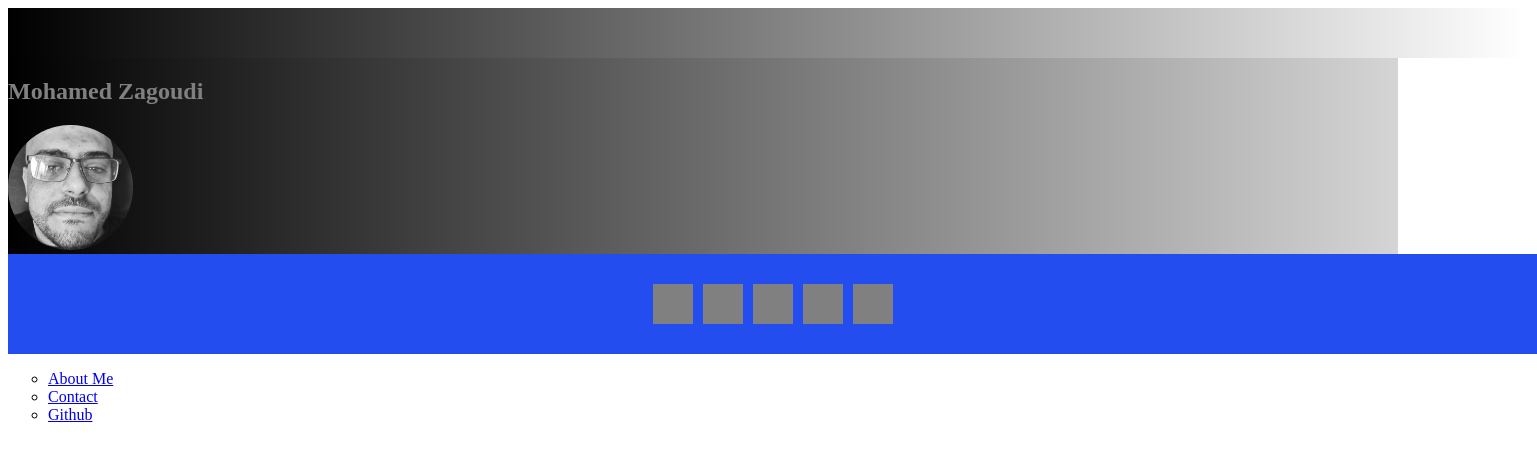
Repository: Mohzagou/Eersteportofolio
Page: index.html
These files come from the project's save history. The page is drawn as it stood at one moment and after the next save; the edit follows.
The browser window is 1280 px wide. The page is 1537 px wide, so the pictures cover 1537 px, including what lies to the right of the window. The pictures show the whole page.

Above is the page before, as saved 2022-06-07 22:58:30.

After the next save:
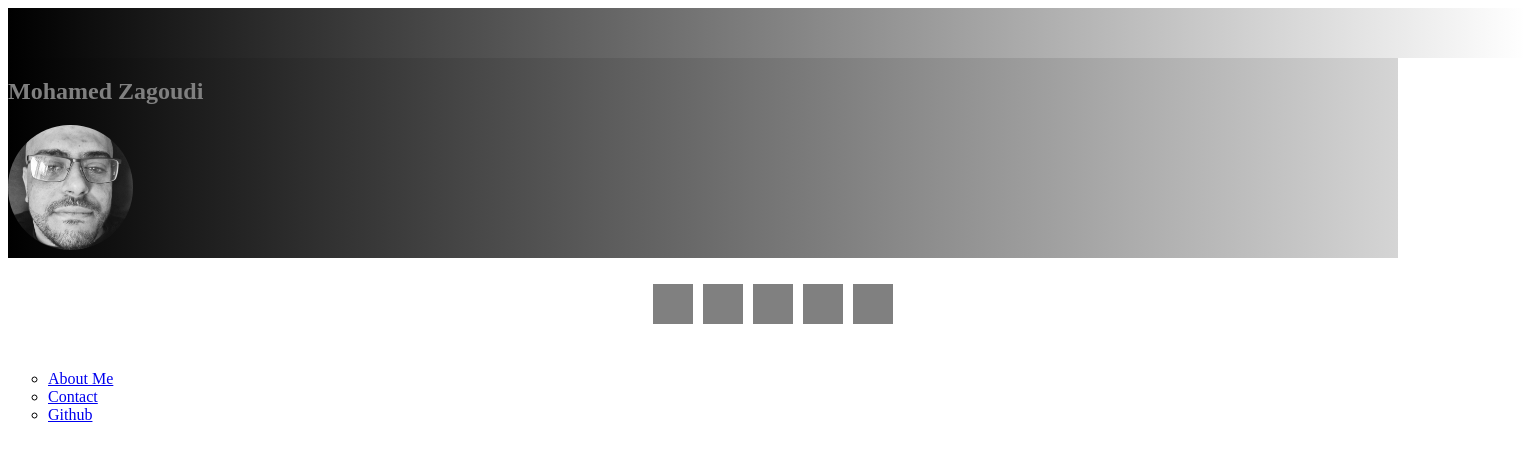
Saved 33 s later.
--- a/styles.css
+++ b/styles.css
@@ -15,7 +15,6 @@
     height: 100px;
     linear-gradient(-225deg, #231557 0%, #44107A 29%, #FF1361 67%, #FFF800 100%),
     repeating-linear-gradient(-115deg, transparent, transparent 20px, rgba(255, 255, 255, 0.1) 20px, rgba(255, 255, 255, 0.1) 40px),
-    repeating-linear-gradient(115deg, transparent, transparent 20px, rgba(255, 255, 255, 0.1) 20px, rgba(255, 255, 255, 0.1) 40px)`;
     background-color: #234def;
     display: flex;
     align-items: center;

After the 2 saves that followed:
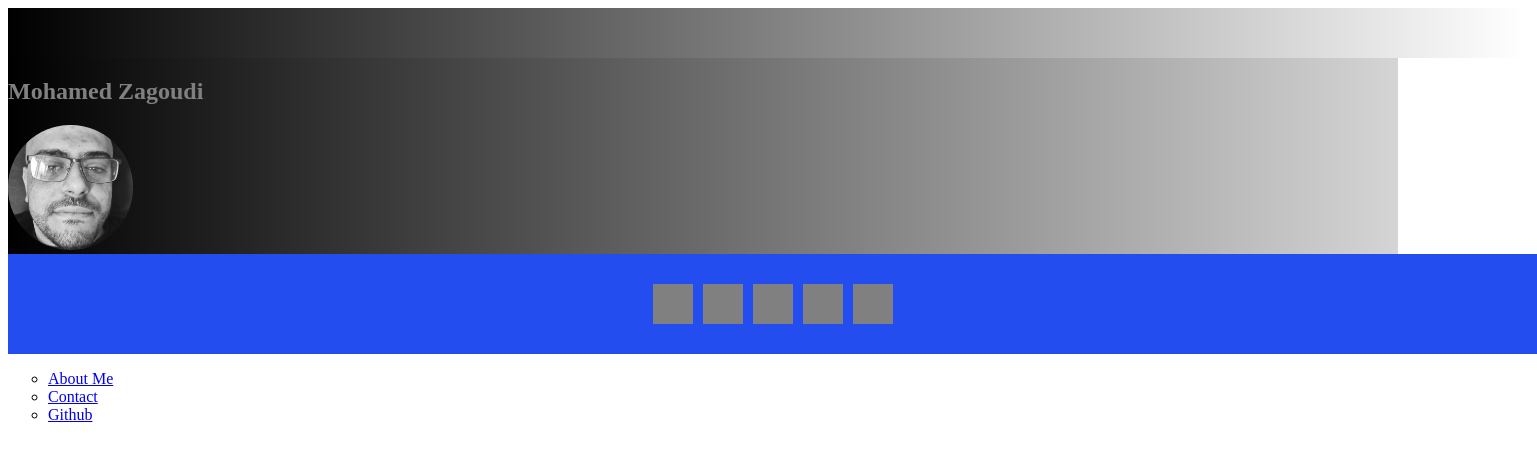
The 2 saves are shown as one change because 1 left the picture as it was.
The last was saved 24 s later.
--- a/styles.css
+++ b/styles.css
@@ -13,8 +13,7 @@
 section {
     width: 110%;
     height: 100px;
-    linear-gradient(-225deg, #231557 0%, #44107A 29%, #FF1361 67%, #FFF800 100%),
-    repeating-linear-gradient(-115deg, transparent, transparent 20px, rgba(255, 255, 255, 0.1) 20px, rgba(255, 255, 255, 0.1) 40px),
+    repeating-linear-gradient(-115deg, transparent, transparent 20px, rgba(255, 255, 255, 0.1) 20px, rgba(255, 255, 255, 0.1) 40px);
     background-color: #234def;
     display: flex;
     align-items: center;
